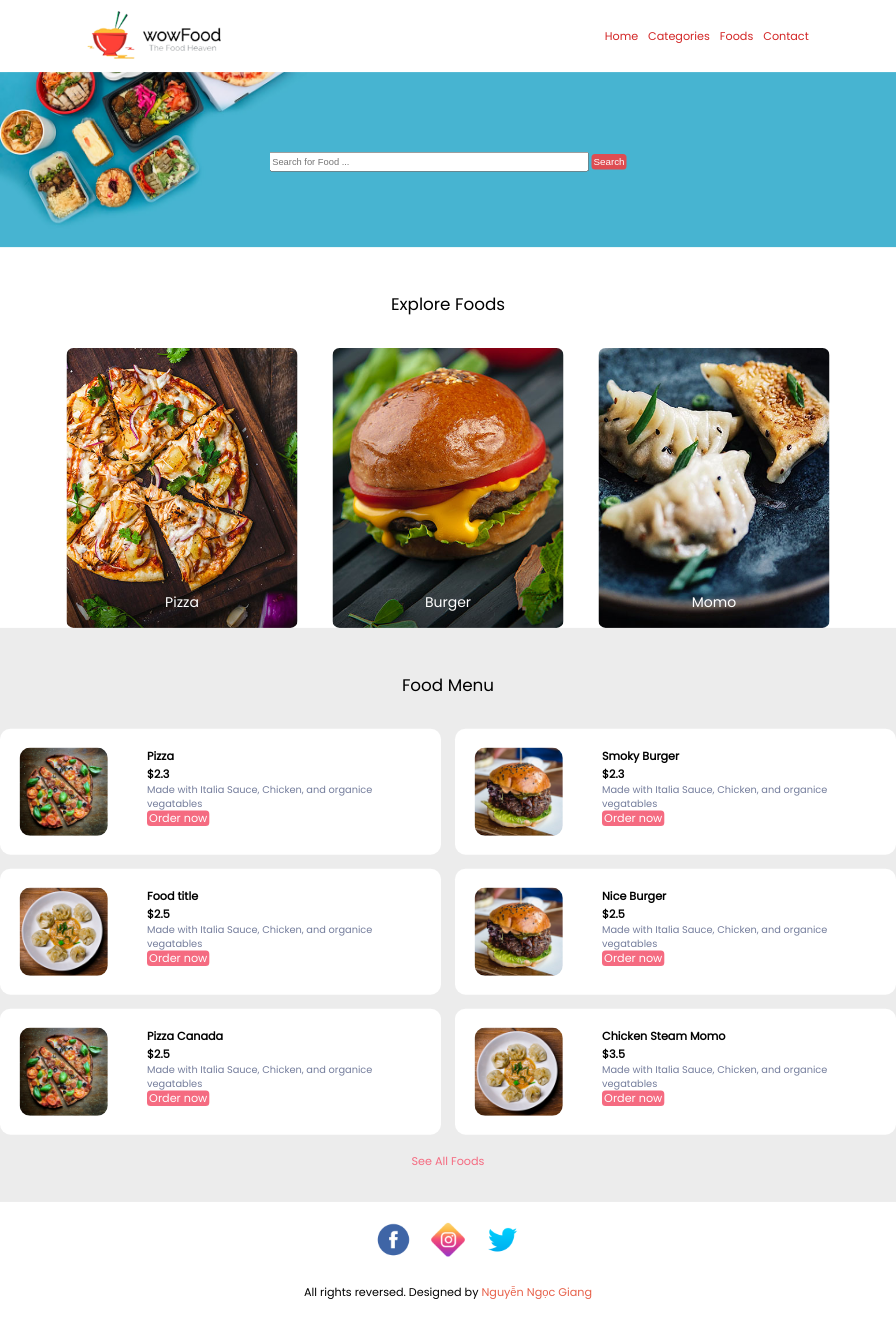
Repository: ruaruababa/WowFood
Page: index.html
The author's editor kept a copy of each file at every save. The page is drawn from the files as they stood at one save, then again after the next save.
The browser window is 1280 px wide. The pictures show the whole page, at 70% of full size.

Above is the page before, as saved 2021-09-18 15:49:25.

### index.html
<!DOCTYPE html>
<html lang="en">

<head>
    <meta charset="UTF-8" />
    <meta http-equiv="X-UA-Compatible" content="IE=edge" />
    <meta name="viewport" content="width=device-width, initial-scale=1.0" />
    <title>Document</title>
    <link rel="stylesheet" href="./style.css" />
    <link rel="stylesheet" href="./reset.css" />
    <link rel="preconnect" href="https://fonts.googleapis.com" />
    <link rel="preconnect" href="https://fonts.gstatic.com" crossorigin />
    <link href="https://fonts.googleapis.com/css2?family=Poppins:wght@400&display=swap" rel="stylesheet" />
</head>

<body>
    <header>
        <div class="container-header">
            <div class="header-left">
                <img src="./img/logo.png" alt="" />
            </div>
            <div class="header-right">
                <ul class="nav">
                    <li class="item"><a href="">Home</a></li>
                    <li class="item"><a href="">Categories</a></li>
                    <li class="item"><a href="">Foods</a></li>
                    <li class="item"><a href="">Contact</a></li>
                </ul>
            </div>
        </div>
    </header>
    <nav>
        <div class="container-nav">
            <div class="background-search">
                <img src="./img/bg.jpg" alt="bgr-search" />
            </div>
            <div class="form">
                <input type="text" placeholder="Search for Food ..." class="input-search" />
                <!-- <button class="btn-search">Search</button> -->
                <input type="button" value="Search" class="btn-search" />
            </div>
        </div>
    </nav>
    <section>
        <div class="container-section">
            <div class="explore-food">Explore Foods</div>
            <div class="collection-food">
                <ul class="list-food">
                    <li class="item"><img src="./img/pizza.jpg" alt="" /><span>Pizza</span></li>
                    <li class="item"><img src="./img/burger.jpg" alt="" /><span>Burger</span></li>
                    <li class="item"><img src="./img/momo.jpg" alt="" /><span>Momo</span></li>
                </ul>
            </div>
        </div>
    </section>
    <article>
        <div class="container-article">
            <div class="title-food-menu">Food Menu</div>
            <div class="container-menu">
                <div class="container-item">
                    <img src="./img/menu-pizza.jpg" alt="" class="bgr-item" />
                    <div class="item-content">
                        <h6 class="title-item">Pizza</h6>
                        <span class="price-item">$2.3</span>
                        <p class="des-item">
                            Made with Italia Sauce, Chicken, and organice vegatables
                        </p>
                        <a href="" class="oder-item">Order now</a>
                    </div>
                </div>
                <div class="container-item">
                    <img src="./img/menu-burger.jpg" alt="" class="bgr-item" />
                    <div class="item-content">
                        <h6 class="title-item">Smoky Burger</h6>
                        <span class="price-item">$2.3</span>
                        <p class="des-item">
                            Made with Italia Sauce, Chicken, and organice vegatables
                        </p>
                        <a href="" class="oder-item">Order now</a>
                    </div>
                </div>
                <div class="container-item">
                    <img src="./img/menu-momo.jpg" alt="" class="bgr-item" />
                    <div class="item-content">
                        <h6 class="title-item">Food title</h6>
                        <span class="price-item">$2.5</span>
                        <p class="des-item">
                            Made with Italia Sauce, Chicken, and organice vegatables
                        </p>
                        <a href="" class="oder-item">Order now</a>
                    </div>
                </div>
                <div class="container-item">
                    <img src="./img/menu-burger.jpg" alt="" class="bgr-item" />
                    <div class="item-content">
                        <h6 class="title-item">Nice Burger</h6>
                        <span class="price-item">$2.5</span>
                        <p class="des-item">
                            Made with Italia Sauce, Chicken, and organice vegatables
                        </p>
                        <a href="" class="oder-item">Order now</a>
                    </div>
                </div>
                <div class="container-item">
                    <img src="./img/menu-pizza.jpg" alt="" class="bgr-item" />
                    <div class="item-content">
                        <h6 class="title-item">Pizza Canada</h6>
                        <span class="price-item">$2.5</span>
                        <p class="des-item">
                            Made with Italia Sauce, Chicken, and organice vegatables
                        </p>
                        <a href="" class="oder-item">Order now</a>
                    </div>
                </div>
                <div class="container-item">
                    <img src="./img/menu-momo.jpg" alt="" class="bgr-item" />
                    <div class="item-content">
                        <h6 class="title-item">Chicken Steam Momo</h6>
                        <span class="price-item">$3.5</span>
                        <p class="des-item">
                            Made with Italia Sauce, Chicken, and organice vegatables
                        </p>
                        <a href="" class="oder-item">Order now</a>
                    </div>
                </div>
            </div>
            <div class="footer-food-menu">
                <a href="#" class="see-all-foods">See All Foods</a>
            </div>
        </div>
    </article>
    <footer>
        <div class="container-footer">
            <div class="social-network-icon">
                <div class="icon-fb">
                    <a href="https://www.facebook.com/WowFoodPage"><img src="./img/facebook_icon-icons.com_59205.png"
                            alt="" /></a>
                </div>
                <div class="icon-insta">
                    <a href="https://www.instagram.com/wowfoodrus/"><img src="./img/intsa-icon.png" alt="" /></a>
                </div>
                <div class="icon-twitter">
                    <a href="https://twitter.com/WOWFoodPics"><img src="./img/twitter_socialnetwork_20007.png"
                            alt="" /></a>
                </div>
            </div>
            <div class="license">
                <p>
                    All rights reversed. Designed by <a href="">Nguyễn Ngọc Giang</a>
                </p>
            </div>
        </div>
    </footer>
</body>

</html>

### style.css
body{
    overflow-x: scroll ;
}

header{
    /* width: max-content; */
}
.container-header {
    display: flex;
    justify-content: space-around;
    align-items: center;
    margin-top: 15px;
    gap: 300px;
}

.header-left {
    display: inline-block;
}

.header-left img {}

.name-brand {
    margin-top: 50%;
}

.header-right {
    font-family: "Poppins", sans-serif;
}

.nav {
    list-style: none;
}

.nav li {
    display: inline;
    padding-left: 10px;
    transition: .2s all;
    padding: 5px;
}

.nav li a {
    text-decoration: none;
    color: rgb(211, 38, 38);
}

.nav:hover .item {
    filter: blur(3px);
    opacity: .5;
    transform: scale(.98);
    box-shadow: none;
}

.nav:hover .item:hover {
    transform: scale(1);
    filter: blur(0px);
    opacity: 1;
    box-shadow: 0 8px 20px 0px rgba(0, 0, 0, 0.125);
    border-radius: 5px;
}


nav {
    position: relative;
    max-width: 100%;
    max-height: 100%;
    height: 250px;
}

.container-nav {
    text-align: center;
    margin-top: 15px;
}

.background-search {
    height: 250px;
}

.background-search img {
    height: inherit;
    width: 100%;
    object-fit: cover;
}

.form {
    width: 100%;
    position: absolute;
    top: 50%;
    left: 50%;
    transform: translate(-50%, -50%);
    height: 22px;
}

.input-search {
    width: 35%;
    height: inherit;
}

.btn-search {
    background-color: rgba(250, 59, 59, 0.849);
    border: none;
    border-radius: 5px;
    font-size: 14px;
    color: white;
    cursor: pointer;
    padding: 3px;
}

section {
    position: relative;
}

.explore-food {
    padding-top: 70px;
    text-align: center;
    font-size: 24px;
    font-family: "Poppins", sans-serif;
}

.list-food {
    margin-top: 50px;
    display: flex;
    justify-content: center;
    column-gap: 50px;
}

.list-food li {
    width: 330px;
    height: 400px;
    transition: .2s all;
}

.list-food li:hover {
    transform: scale(1.1);
}

.list-food li img {
    width: 100%;
    height: 100%;
    object-fit: cover;
    border-radius: 10px;
}

.list-food li span {
    font-family: "Poppins", sans-serif;
    display: block;
    font-size: 20px;
    text-align: center;
    color: #ffffff;
    margin-top: -50px;
}

article {
    background-color: #ececec;
}

.title-food-menu {
    padding-top: 70px;
    font-size: 24px;
    text-align: center;
    font-family: "Poppins", sans-serif;
}

.container-menu {
    padding-top: 50px;
    display: grid;
    grid-gap: 20px;
    grid-template-columns: repeat(auto-fit, minmax(550px, 1fr));
    grid-auto-rows: 180px;
    justify-items: center;
    font-family: "Poppins", sans-serif;
}

.container-item:nth-child(odd) {
    justify-self: end;
}

.container-item:nth-child(even) {
    justify-self: start;
}

.container-item {
    background-color: #ffffff;
    display: flex;
    align-items: center;
    border-radius: 15px;
}

.container-item img {
    width: 25%;
    height: 70%;
    object-fit: cover;
    border-radius: 15px;
    margin: 0 28px;
}

.container-item .item-content {
    width: 100%;
    height: 70%;
    object-fit: cover;
    border-radius: 15px;
    margin: 0 28px;
}

.item-content {
    display: inline-block;
}

.title-item {
    font-size: 16px;
    font-weight: bold;
    line-height: 25px;
}

.price-item {
    line-height: 25px;
    font-weight: bold;
}

.des-item {
    font-size: 14px;
    line-height: 20px;
    color: #747d9c;
}

.oder-item {
    text-decoration: none;
    background-color: #f56b81;
    color: white;
    border-radius: 5px;
    padding: 3px;
    display: inline-block;

}

.footer-food-menu {
    margin-top: 30px;
}

.see-all-foods {
    display: block;
    text-align: center;
    text-decoration: none;
    color: #f56b81;
    padding-bottom: 50px;
    font-family: "Poppins", sans-serif;
    transition: .2s all;
}

.see-all-foods:hover{
    text-decoration: underline;
    transform: scale(1.1);
}

.social-network-icon {
    display: flex;
    justify-content: center;
    margin-top: 30px;
}

.icon-insta {
    margin: 0 30px;
}

.license {
    margin-top: 40px;
    margin-bottom: 30px;
    font-family: "Poppins", sans-serif;
}

.license p {
    text-align: center;
}

.license p a {
    text-decoration: none;
    color: #e7614a;
}

@media screen and (max-width: 811px) {
    .container-header{
    }
}

Loaded but not shown: reset.css (common file)

After the next save:
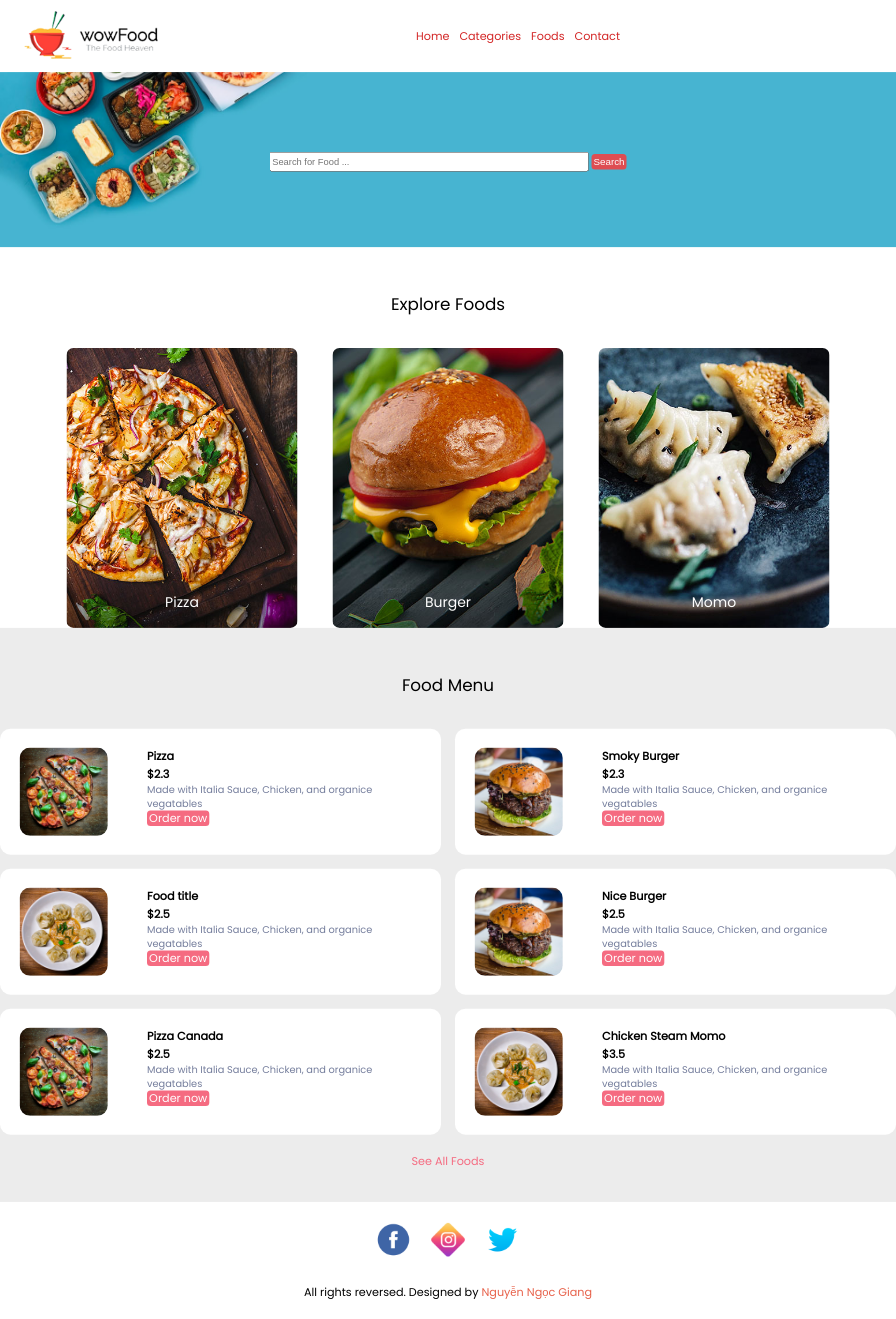
Saved 6 min 19 s later.
--- a/index.html
+++ b/index.html
@@ -26,6 +26,11 @@
                     <li class="item"><a href="">Foods</a></li>
                     <li class="item"><a href="">Contact</a></li>
                 </ul>
+            </div>
+            <div class="hamburger">
+                <span class="bar"></span>
+                <span class="bar"></span>
+                <span class="bar"></span>
             </div>
         </div>
     </header>

After the 4 saves that followed:
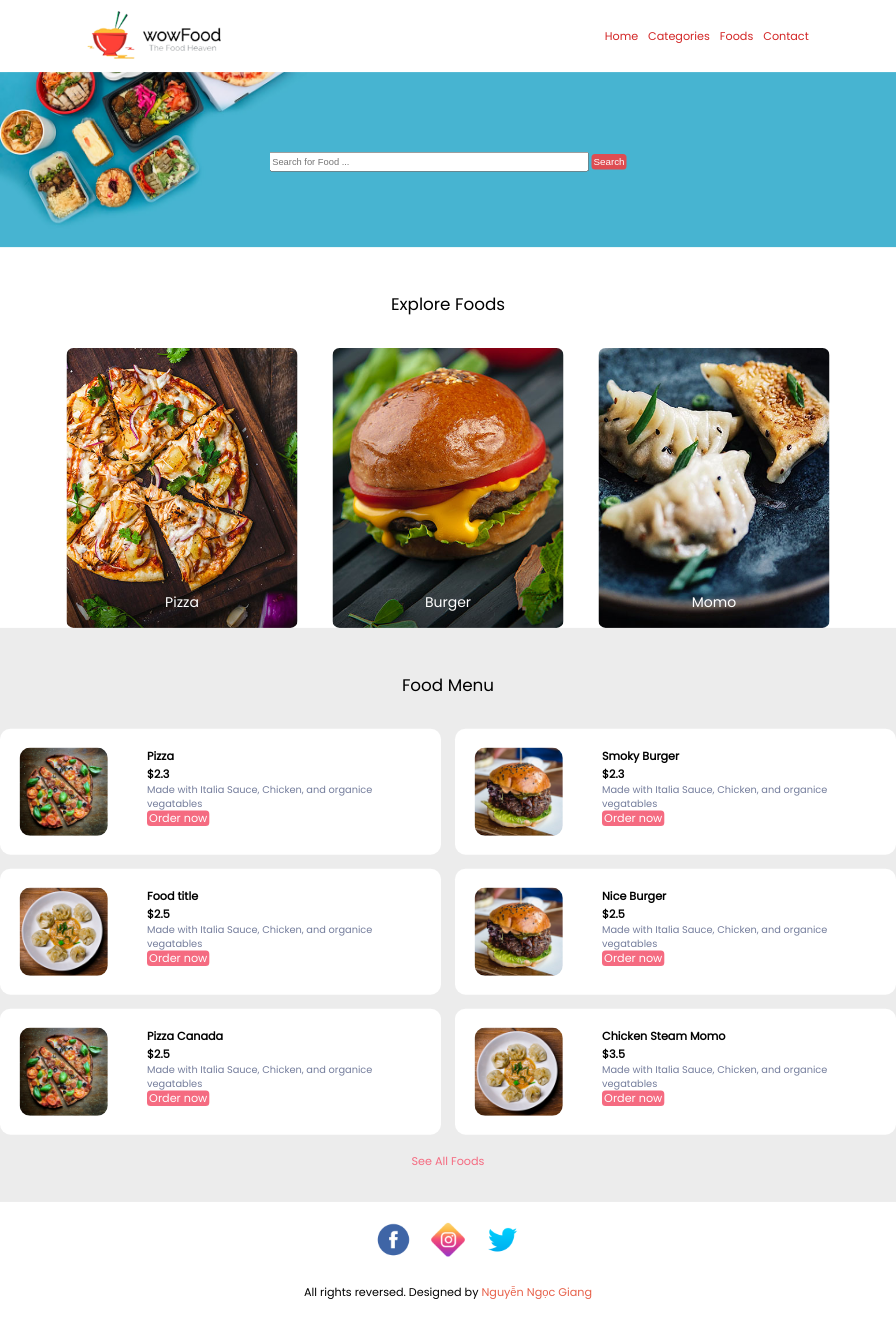
The 4 saves are shown as one change because they came seconds apart.
The last was saved 35 s later.
--- a/style.css
+++ b/style.css
@@ -58,6 +58,9 @@ header{
     border-radius: 5px;
 }
 
+.hamburger{
+    display: none;
+}
 
 nav {
     position: relative;
